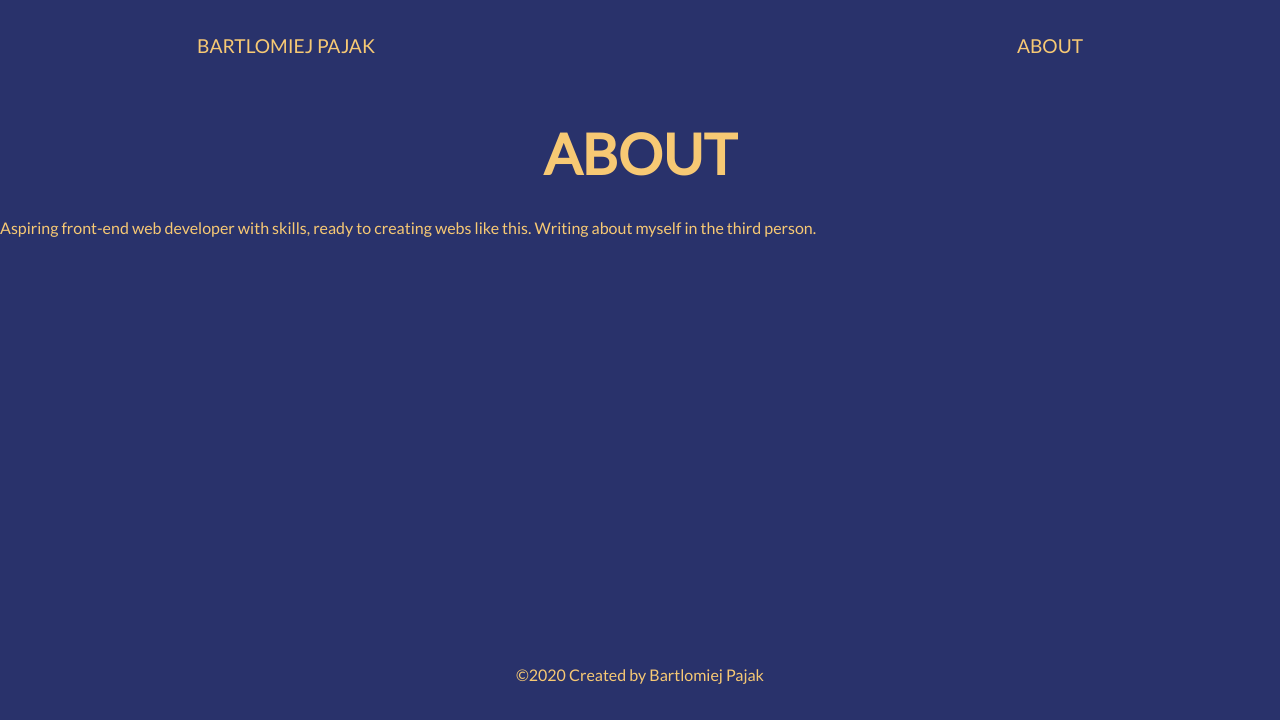
Repository: spidero7/personal-site
Page: about.html
The author's editor kept a copy of each file at every save. The page is drawn from the files as they stood at one save, then again after the next save.
The browser window is 1280 px wide. The pictures show the whole page.

Above is the page before, as saved 2020-04-16 20:41:49.

### about.html
<!DOCTYPE html>
<html>

    <head>
        <meta charset="utf-8">
        <title>Bartlomiej Pajak</title>
        <meta name="viewport" content="width=device-width, initial-scale=1">
        <link rel="stylesheet" href="css/normalize.css">
        <link href="https://fonts.googleapis.com/css2?family=Lato&display=swap" rel="stylesheet">
        <link rel="stylesheet" href="css/style.css">
        <link rel="stylesheet" href="css/flexbox.css">
    </head>

    <body>

        <div>
            <header class="main-header">
                <nav>
                    <ul class="main-nav">
                        <li><a href="index.html">Bartlomiej Pajak</a></li>
                        <li><a href="about.html">About</a></li>
                    </ul>
                </nav>
            </header>
        </div>

        <div class="about-container">

            <h1 class="about">About</h1>
            <p class="me">Aspiring front-end web developer with skills, ready to creating webs like this. Writing about myself in the third person.</p>

        </div>


        <footer class="main-footer">
            <span>&copy;2020 Created by Bartlomiej Pajak</span>
        </footer>

    </body>
</html>

### css/style.css
/* =================================
  Base Element Styles
==================================== */

* {
    box-sizing: border-box;
}

body {
    font-family: 'Lato', sans-serif;
    line-height: 1.6;
    color: #F7C974;
    margin: 0;
    background-color: #29326B;
}

h1 {
    text-transform: uppercase;
    text-align: center;
    display: block;
    font-size: 3.5em;
    margin-bottom: auto;

}

ul {
    margin: 0;
    padding: 0;
    list-style: none;
}

a {
    text-decoration: none;
}

/* =================================
  Base Layout Styles
==================================== */

/* ---- Navigation ---- */

.main-nav {
    margin-top: 5px;
}

.main-nav a {
    text-align: center;
    display: block;
    padding: 5px 5px;
    color: #F7C974;
    text-transform: uppercase;
    font-weight: 500;
    font-size: 1.2em;
    margin-top: 15px;
}

.main-nav a:hover {
    color: rgb(212, 188, 144);
}

.target {
    text-align: center;
    display: block;
    font-weight: 500;
    font-size: 1.2em;
    margin-top: 10px;;
}

.me {
    tes
}

/* ---- Layout Containers ---- */

.main-header {
    padding-top: .35em;
    padding-bottom: .35em;
}

.container {
    padding: 1em 0;
    width: 80%;
    margin: 0 auto;
}

.main-footer {
    padding: 2em 0;
    margin-top: 30px;
    text-align: center;
}

/* =================================
  Media Queries
==================================== */


@media (min-width: 769px) {
    .main-header,
    .main-footer,
    .container  {
        width: 80%;
        margin: 0 auto;
    }

    .position {
        font-size: 4.5em;
    }

    .target {
        font-size: 1.4em;
    }

}

@media (min-width: 1025px) {
    .container{
        width: 60%;
        max-width: 810px;
    }
}

@media (min-width: 1025px) {
    .main-header {
        width: 70%;
    }
}

### css/flexbox.css
/* =================================
  Base Styles
==================================== */

body {
    display: flex;
    flex-direction: column;
    min-height: 100vh;
}

.main-footer {
    margin-top: auto;
}

/* =================================
  Media Queries
==================================== */

@media (min-width: 769px) {
    .main-nav {
        display: flex;
        flex-direction: row;
        justify-content: space-between;
    }

    .container {
        margin-top: 50px;
    }

}

Loaded but not shown: css/normalize.css (library)

After the next save:
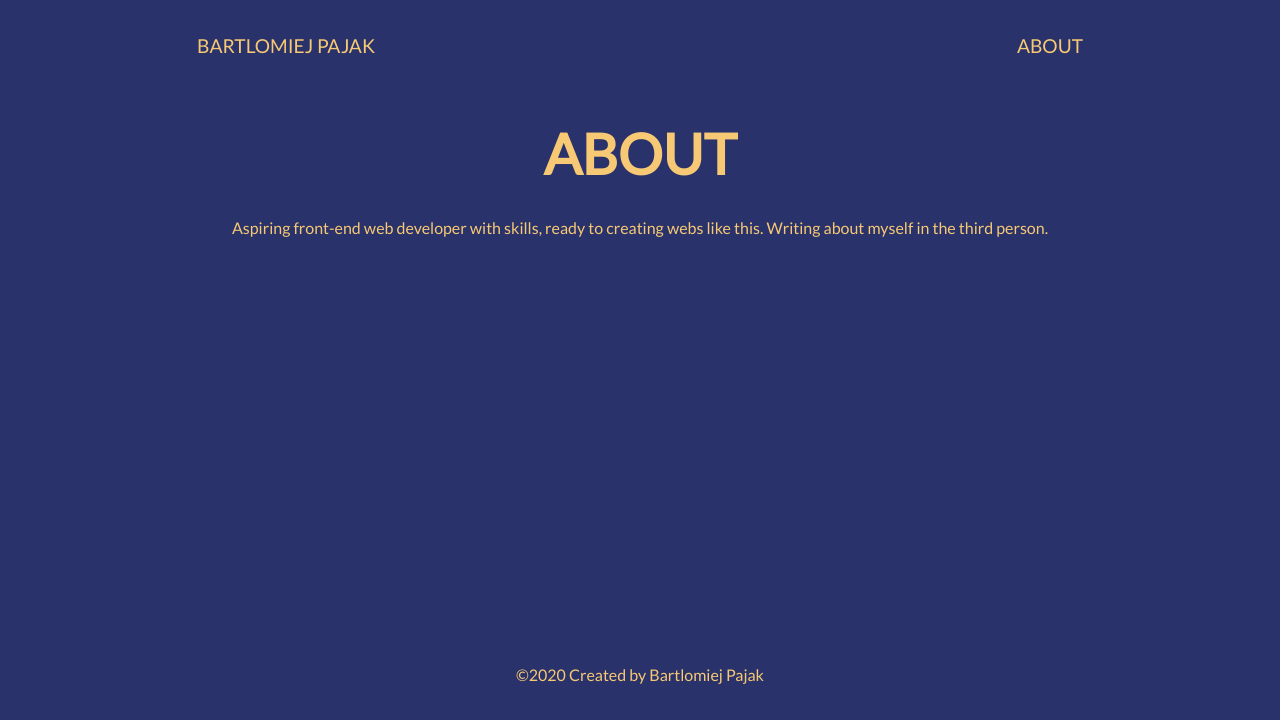
Saved 5 s later.
--- a/css/style.css
+++ b/css/style.css
@@ -67,7 +67,7 @@ a {
 }
 
 .me {
-    tes
+    text-align: center;
 }
 
 /* ---- Layout Containers ---- */
